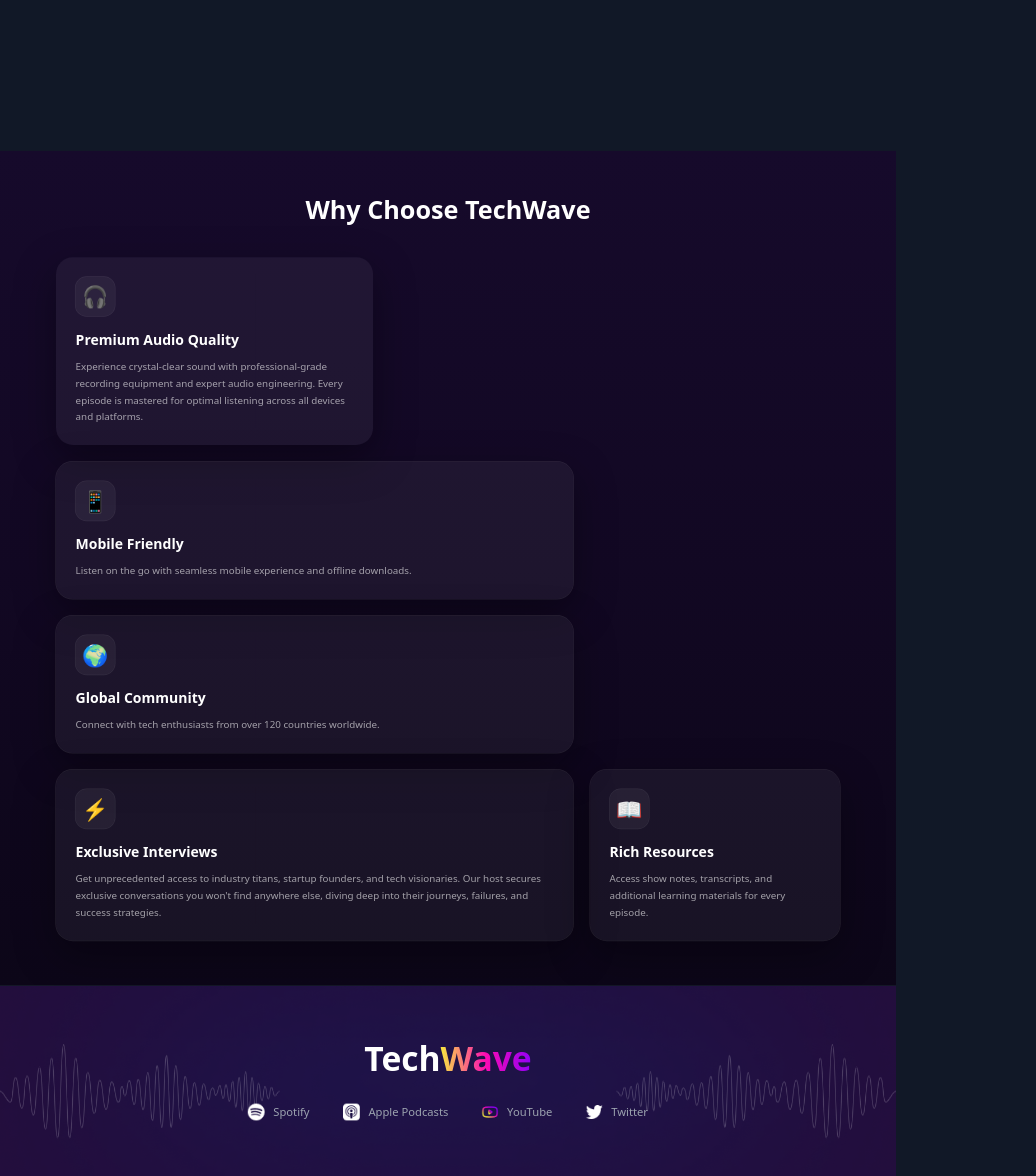
Repository: tanimtanzilislam/Assignment_2
Page: index.html
These files come from the project's save history. The page is drawn as it stood at one moment and after the next save; the edit follows.
The browser window is 1280 px wide. The page is 1480 px wide, so the pictures cover 1480 px, including what lies to the right of the window. The pictures show the part of the page from y = 1162 to 2842 px (the page is 2842 px tall before and 2698 px after), at 70% of full size.
Some web libraries are served in a nearby version.

Above is the page before, as saved 2026-03-04 02:04:17.

After the next save:
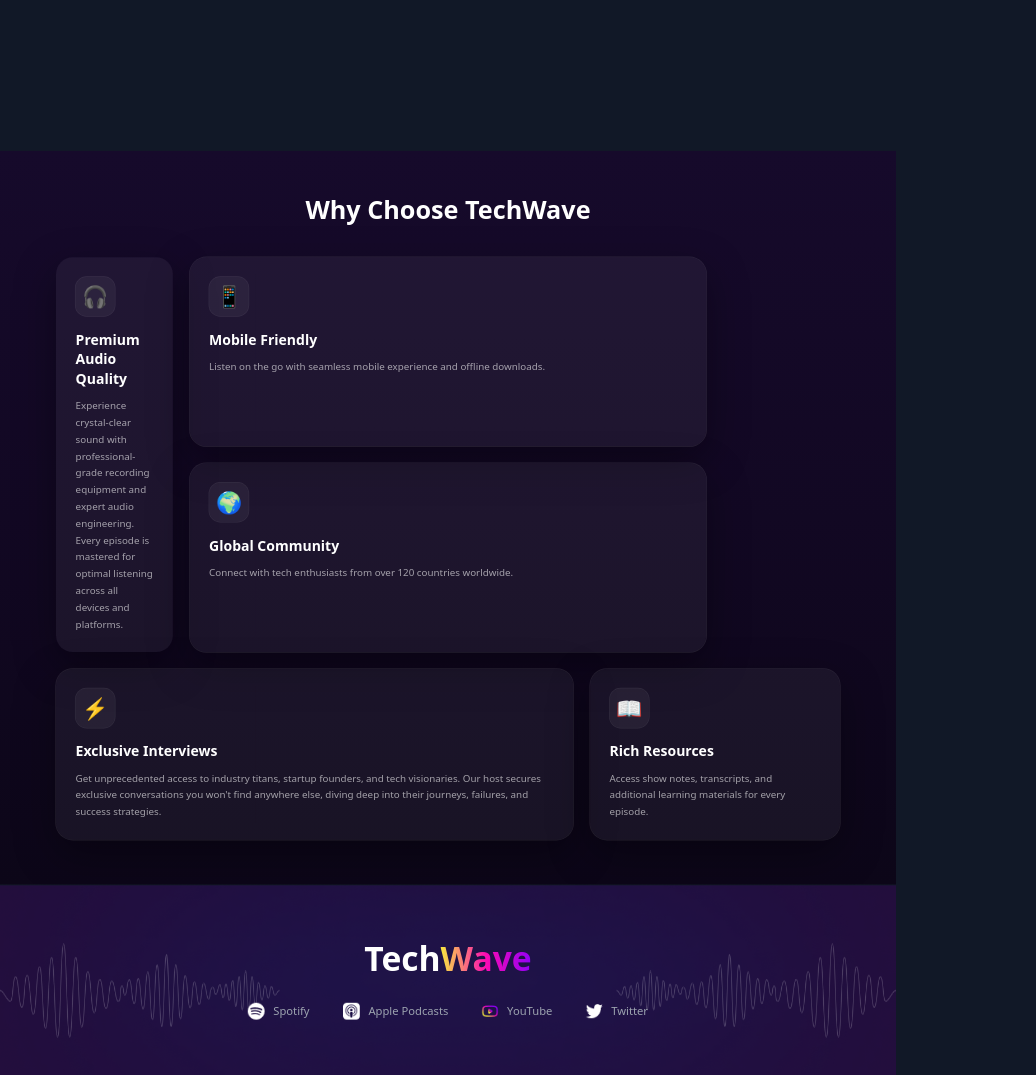
Saved 18 s later.
--- a/index.html
+++ b/index.html
@@ -122,7 +122,7 @@ and share stories of personal growth from industry leaders.
     <div class="mt-12 grid grid-cols-1 gap-6 md:grid-cols-12">
       <!-- mt-12 mane top theke margin 12 -->
       <!-- Left Tall Card -->
-      <div class="rounded-3xl bg-white/5 p-7 shadow-[0_20px_60px_rgba(0,0,0,0.35)]  md:col-span-5 md:row-span-2">
+      <div class="rounded-3xl bg-white/5 p-7 shadow-[0_20px_60px_rgba(0,0,0,0.35)]  md:col-span-2 md:row-span-2">
         <!-- rounded-3xl mane corner gula 3xl gol
          bg-white/5 mane holo white bg color er upor halka glassy
          element-er charpashe (top, right, bottom, left) padding dewa
